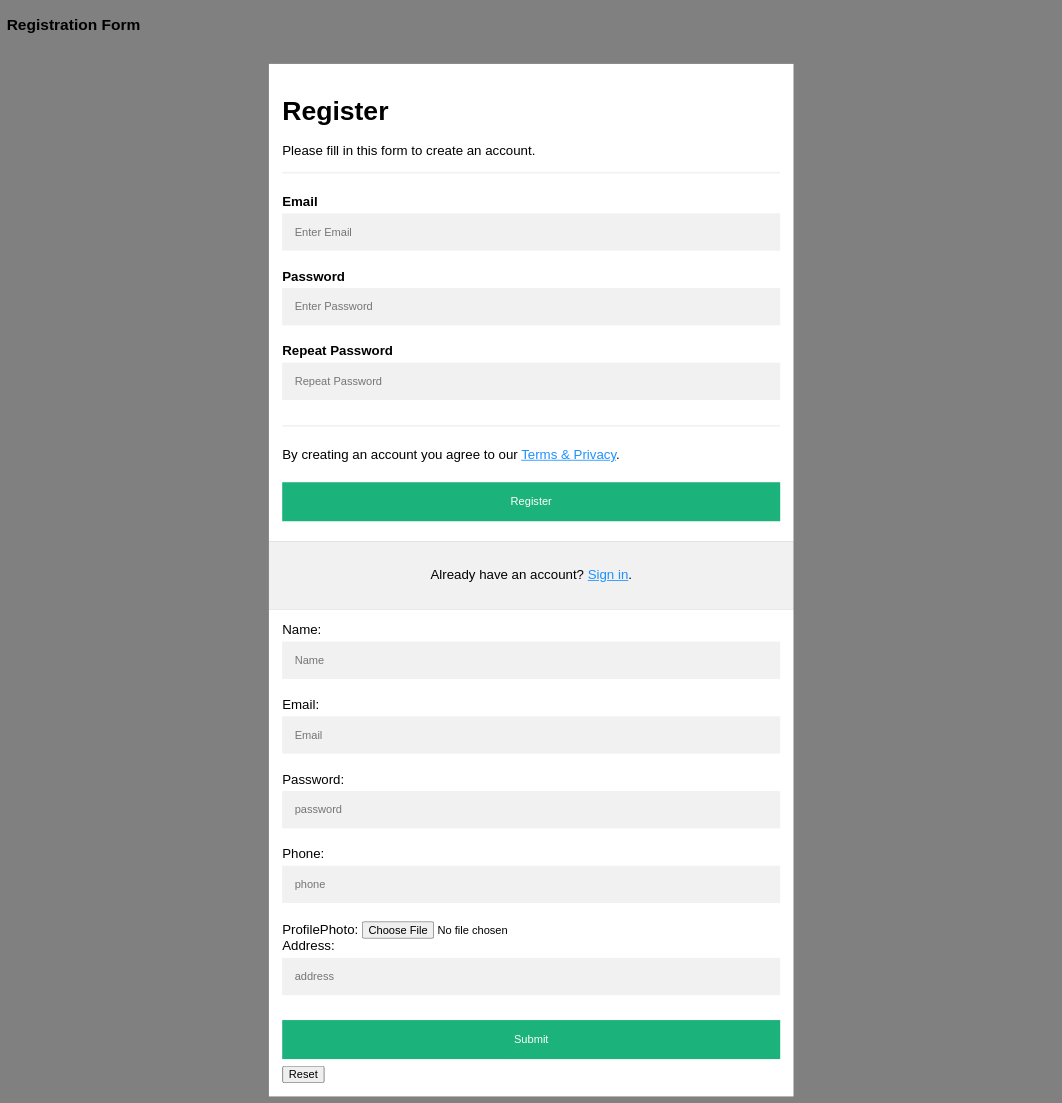
Repository: hemanthchallacs/learning_spring_boot
Page: http://localhost/RegistrationForm
The author's editor kept a copy of each file at every save. The page is drawn from the files as they stood at one save, then again after the next save.
The browser window is 1280 px wide. The pictures show the whole page, at 83% of full size.
The page is this project's Thymeleaf template; nobody is signed in. The template is opened directly, without the code that normally fills it, so the values that code supplies are empty.

Above is the page before, as saved 2021-07-12 17:05:05.

After the next save:
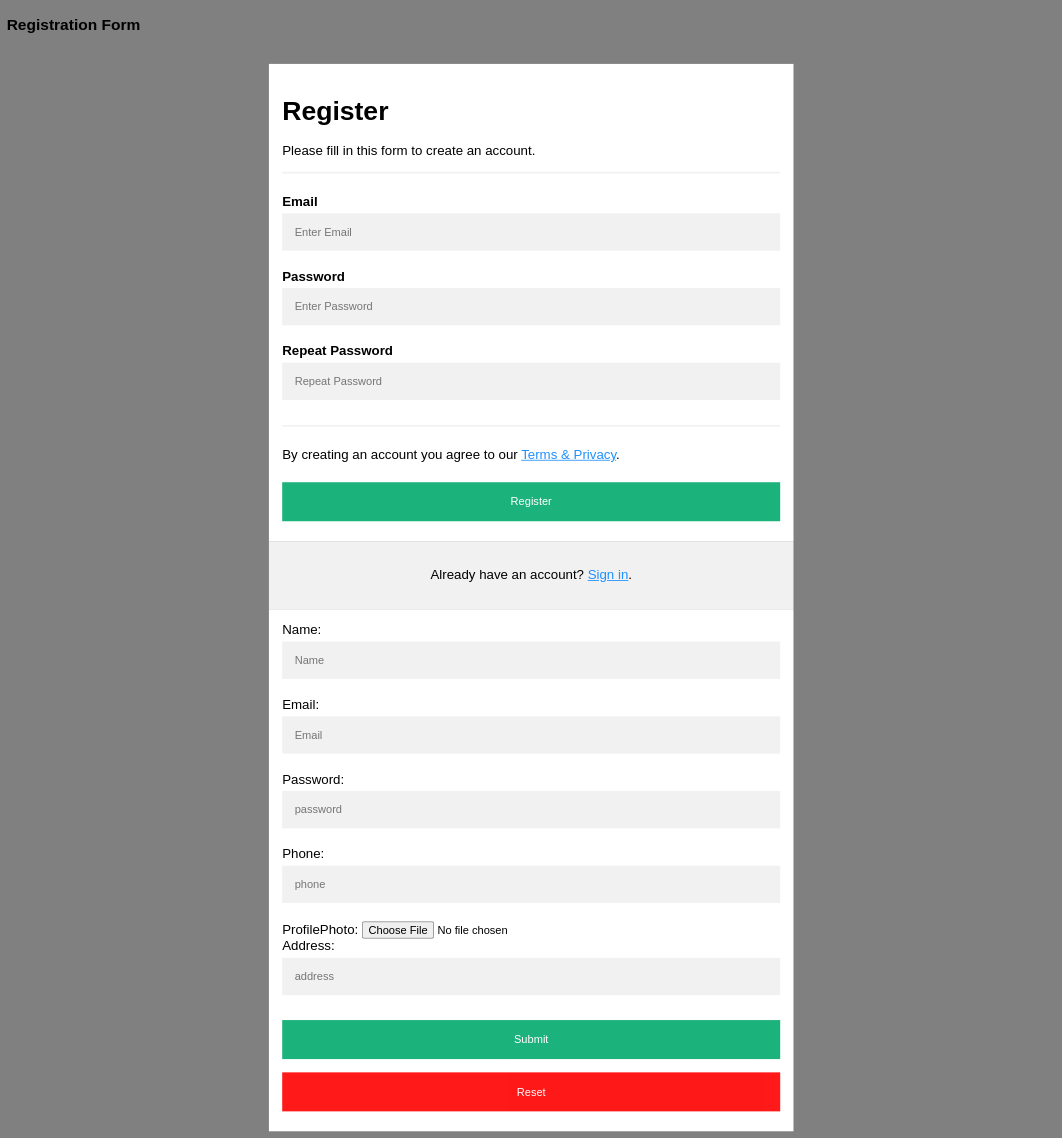
Saved 31 s later.
--- a/ver1_elearning/src/main/resources/templates/RegistrationForm.html
+++ b/ver1_elearning/src/main/resources/templates/RegistrationForm.html
@@ -133,7 +133,7 @@ ProfilePhoto:
 Address:<input type="text" placeholder= "address" th:field=*{address}>
 
 <input  class="registerbtn" type="submit" name="Register">
-<input type="reset" name= "Reset">
+<input class="resetbtn" type="reset" name= "Reset">
 </div>
 
 
